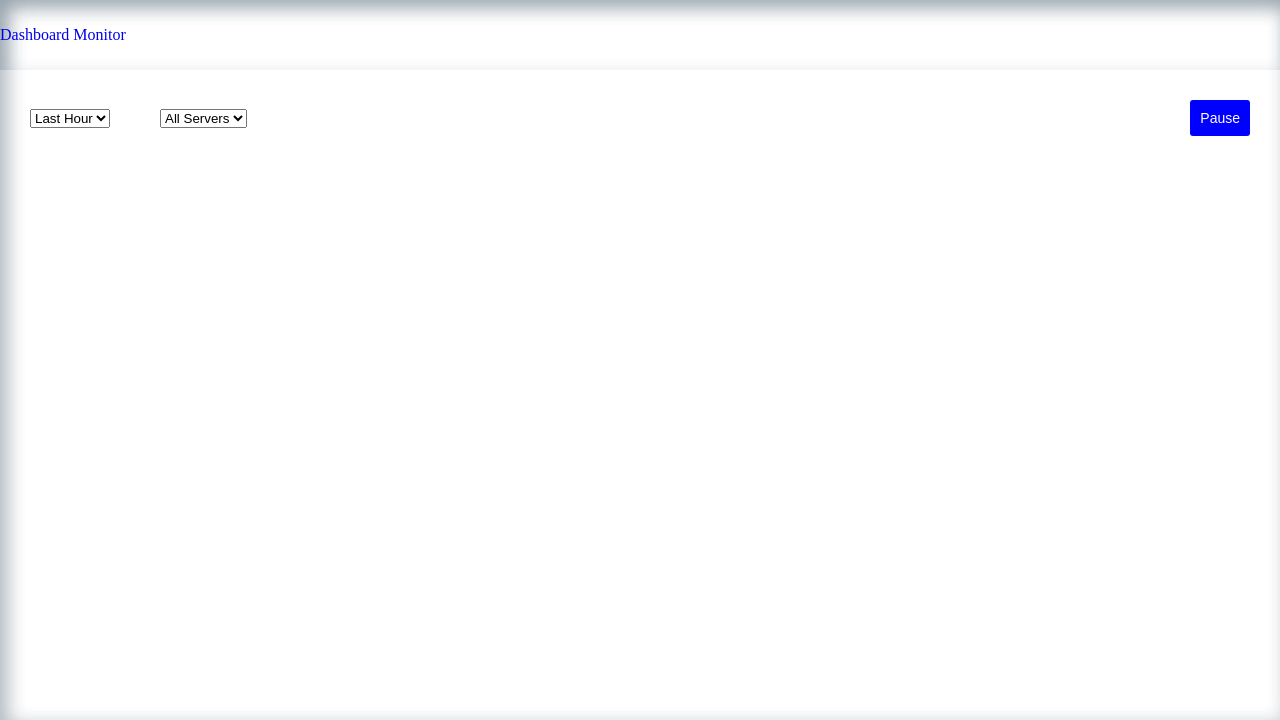
Repository: egorgloom/dashboard
Page: /
These files come from the project's save history. The page is drawn as it stood at one moment and after the next save; the edit follows.
The browser window is 1280 px wide. The pictures show the whole page.
The page's requests for data from a server got no answer. The project was rebuilt for these pictures with package versions that can differ from the ones it lists, and the page was loaded fresh each time. No one was signed in, and anything a server would have sent is missing. Also part of the build but not shown: webpack.config.js, src/components/ItemCard/ItemCard.tsx, src/components/SingleServerMetrics/SingleServerMetrics.tsx.

Above is the page before, as saved 2025-04-16 19:19:54.

After the next save:
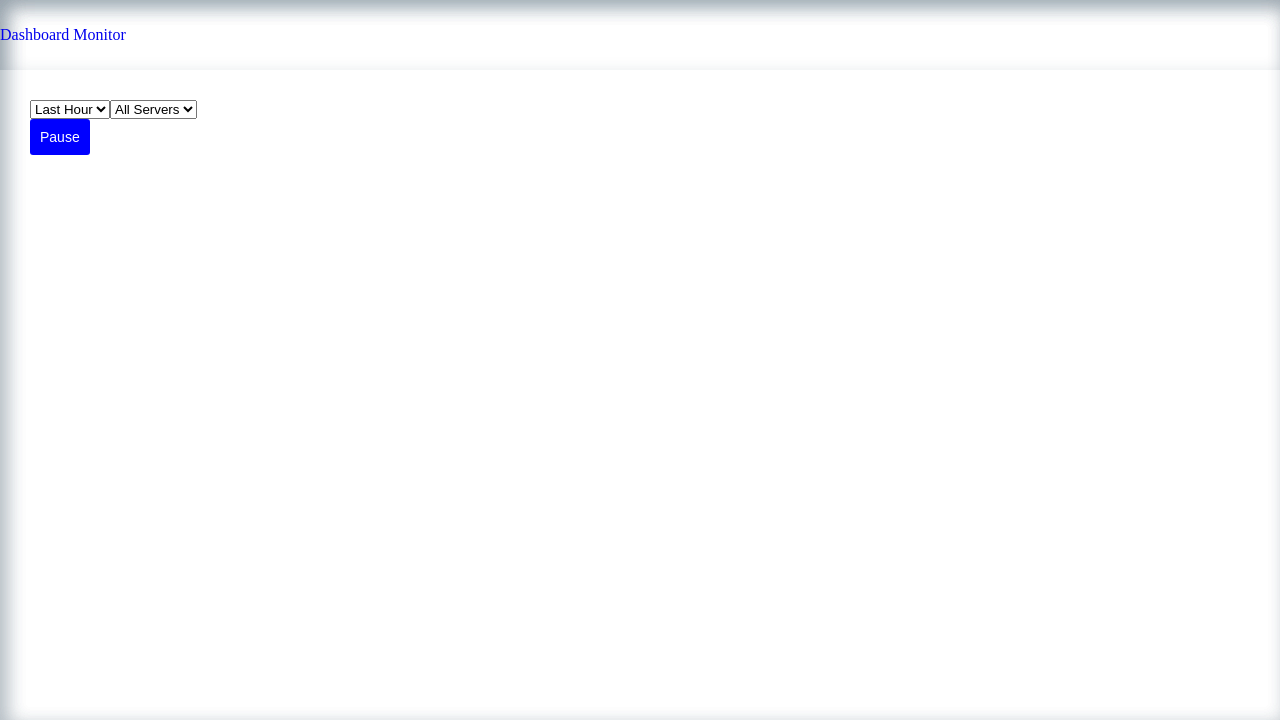
Saved 32 s later.
--- a/src/components/OverviewPage/OverviewPage.tsx
+++ b/src/components/OverviewPage/OverviewPage.tsx
@@ -18,8 +18,8 @@ const OverviewPage: FC<IOverviewPage> = () => {
 
 
             <div className='wrapper'>
-                <div className='wrapper--filters'>
-                    <div className='wrapper--filter-select'>
+                <div className='wrapper__filters'>
+                    <div className='wrapper__filter-select'>
                         <select name="" id="">
                             <option value="1">Last Hour</option>
                             <option value="3">2</option>
